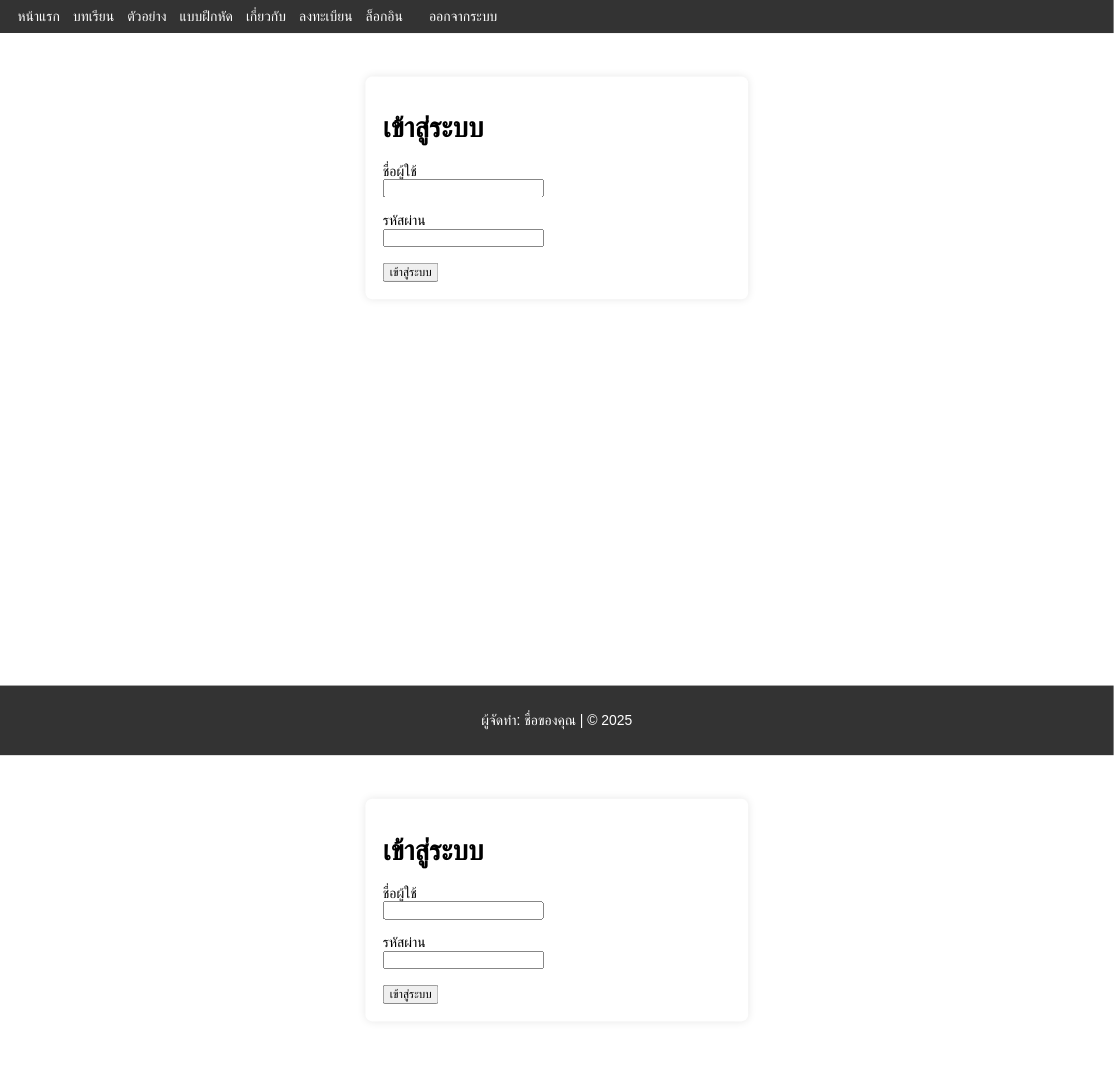
Repository: staggil/thesis
Page: login.html
These files come from the project's save history. The page is drawn as it stood at one moment and after the next save; the edit follows.
The browser window is 1280 px wide. The pictures show the whole page, at 87% of full size.
The page's requests for data from a server got no answer.

Above is the page before, as saved 2025-12-09 04:45:50.

### login.html
<!DOCTYPE html>
<html lang="th">
<head>
    <meta charset="UTF-8">
    <meta name="viewport" content="width=device-width, initial-scale=1.0">
    <title>Login - เว็บไซต์สอนเขียนโปรแกรม</title>
    <link rel="stylesheet" href="style.css">
    <script src="script.js" defer></script>
</head>
<body data-sidebar="components/empty.html" class="login-page">

    <!-- Header -->
    <div id="header-placeholder"></div>

    <!-- Sidebar -->
    <div id="sidebar-placeholder"></div>

    <!-- Content -->
    <main id="main-content">
        <h1>เข้าสู่ระบบ</h1>
        <form id="login-form">
            <label for="username">ชื่อผู้ใช้</label><br>
            <input type="text" id="username" name="username" required><br><br>

            <label for="password">รหัสผ่าน</label><br>
            <input type="password" id="password" name="password" required><br><br>

            <button type="submit">เข้าสู่ระบบ</button>
        </form>
        <p id="login-error" style="color: red; display: none;"></p>
    </main>

    <!-- Footer -->
    <div id="footer-placeholder"></div>

    <script>
    document.getElementById("login-form").addEventListener("submit", async (e) => {
        e.preventDefault();

        const username = document.getElementById("username").value.trim();
        const password = document.getElementById("password").value;

        if (!username || !password) {
            const err = document.getElementById("login-error");
            err.style.display = "block";
            err.textContent = "กรุณากรอกชื่อผู้ใช้และรหัสผ่าน";
            return;
        }

        try {
            const res = await fetch("/login", {
                method: "POST",
                headers: { "Content-Type": "application/json" },
                body: JSON.stringify({ username, password })
            });

            const data = await res.json();

            const err = document.getElementById("login-error");
            if (data.success) {
                err.style.display = "none";
                alert(data.message);
                window.location.href = "/"; // redirect ไปหน้า index
            } else {
                err.style.display = "block";
                err.textContent = data.message;
            }
        } catch (error) {
            console.error("Error:", error);
            const err = document.getElementById("login-error");
            err.style.display = "block";
            err.textContent = "เกิดข้อผิดพลาดในการเชื่อมต่อเซิร์ฟเวอร์";
        }
    });
    </script>

</body>
</html>
<!DOCTYPE html>
<html lang="th">
<head>
    <meta charset="UTF-8">
    <meta name="viewport" content="width=device-width, initial-scale=1.0">
    <title>Login - เว็บไซต์สอนเขียนโปรแกรม</title>
    <link rel="stylesheet" href="style.css">
    <script src="script.js" defer></script>
</head>
<body data-sidebar="components/empty.html" class="login-page">

    <!-- Header -->
    <div id="header-placeholder"></div>

    <!-- Sidebar -->
    <div id="sidebar-placeholder"></div>

    <!-- Content -->
    <main id="main-content">
        <h1>เข้าสู่ระบบ</h1>
        <form id="login-form">
            <label for="username">ชื่อผู้ใช้</label><br>
            <input type="text" id="username" name="username" required><br><br>

            <label for="password">รหัสผ่าน</label><br>
            <input type="password" id="password" name="password" required><br><br>

            <button type="submit">เข้าสู่ระบบ</button>
        </form>
        <p id="login-error" style="color: red; display: none;"></p>
    </main>

    <!-- Footer -->
    <div id="footer-placeholder"></div>

    <script>
    document.getElementById("login-form").addEventListener("submit", async (e) => {
        e.preventDefault();
        const username = document.getElementById("username").value;
        const password = document.getElementById("password").value;

        try {
            const res = await fetch("http://localhost:3000/login", {
                method: "POST",
                headers: { "Content-Type": "application/json" },
                body: JSON.stringify({ username, password })
            });

            const data = await res.json();

            if(data.success){
                alert(data.message);
                // redirect ไปหน้าหลักหรือหน้าอื่น
                window.location.href = "index.html";
            } else {
                const err = document.getElementById("login-error");
                err.style.display = "block";
                err.textContent = data.message;
            }

        } catch (error) {
            console.error("Error:", error);
        }
    });
    </script>

</body>
</html>

### style.css
/* =========================
   Reset & Body
   ========================= */
body {
    margin: 0;
    font-family: Arial, sans-serif;
    box-sizing: border-box;
}

/* =========================
   Header
   ========================= */
header {
    background-color: #333;
    color: white;
    padding: 10px 20px;
}

.navbar ul {
    list-style: none;
    display: flex;
    gap: 15px;
    padding: 0;
    margin: 0;
}

.navbar ul li a {
    color: white;
    text-decoration: none;
}

/* =========================
   Sidebar
   ========================= */
#sidebar {
    width: 200px;               /* กำหนดความกว้าง */
    background-color: #f4f4f4;  /* สีพื้นหลัง */
    padding: 15px;              /* ระยะขอบภายใน */
    float: left;                /* ลอยซ้าย */
    height: 100vh;              /* ความสูงเต็มหน้าจอ */
    overflow-y: auto;           /* scroll ถ้ายาวเกิน */
}

#sidebar ul {
    list-style: none;
    padding: 0;
}

#sidebar ul li {
    margin-bottom: 10px;
}

#sidebar ul li a {
    text-decoration: none;
    color: #333;
    display: block;
    padding: 8px;
    border-radius: 4px;
    transition: background 0.3s;
}

#sidebar ul li a:hover {
    background-color: #ddd;
}

/* =========================
   Main Content
   ========================= */
#main-content {
    padding: 20px;          /* ระยะขอบภายใน */
    margin-left: 300px;     /* เว้นระยะจาก sidebar (sidebar width + 20px) */
    max-width: 700px;
}

/* กรณีหน้า index.html ไม่มี sidebar */
body.index #main-content {
    margin-left: 0;
    max-width: 700px;        /* กว้างเท่ากับหน้าที่มี sidebar */
    margin: 0 auto;          /* จัด content กลางหน้า */
}

/* =========================
   Footer
   ========================= */
footer {
    clear: both;
    background-color: #333;
    color: white;
    text-align: center;
    padding: 15px;
    position: relative;
}

/* =========================
   Responsive (มือถือ)
   ========================= */
@media screen and (max-width: 768px) {
    #sidebar {
        width: 100%;
        height: auto;
        float: none;
    }
    #main-content {
        margin-left: 0;
        padding: 15px;
    }

    .navbar ul {
        flex-direction: column;
        gap: 5px;
    }
}

/* =========================
   Empty sidebar
   ========================= */
#sidebar.empty-sidebar {
    background-color: #fff;   /* สีเดียวกับ container */
           /* คง padding เดิมถ้าอยากให้ layoutเหมือนหน้าที่มี sidebar */
    /* อย่าแก้ width หรือ float */
}

/* หน้า login ให้ layout อยู่กลางและสวยขึ้น */
body.login-page #main-content {
    max-width: 400px;       /* กว้างแค่พอ form */
    margin: 50px auto;      /* จัดกลางแนวนอนและเว้นบน */
    padding: 20px;
    background-color: #fff; /* เหมือน container */
    border-radius: 8px;
    box-shadow: 0 0 10px rgba(0,0,0,0.1);
}



/* หน้า register ให้ layout อยู่กลางเหมือน login */
body.register-page #main-content {
    max-width: 400px;          /* กว้างพอ form */
    margin: 50px auto;         /* จัดกลางหน้า */
    padding: 20px;
    background-color: #fff;    /* เหมือน container */
    border-radius: 8px;
    box-shadow: 0 0 10px rgba(0,0,0,0.1);
}

### script.js
function loadComponent(filePath, elementId) {
    if (!filePath) return;
    const el = document.getElementById(elementId);
    if (!el) {
        console.error(`ไม่พบ element id="${elementId}"`);
        return;
    }
    fetch(filePath)
        .then(response => {
            if (!response.ok) throw new Error("ไม่พบไฟล์ " + filePath);
            return response.text();
        })
        .then(data => {
            el.innerHTML = data;

            // หลังโหลด header ให้ตรวจสอบ session
            if (elementId === "header-placeholder") {
                updateHeaderLoginStatus();
            }
        })
        .catch(error => console.error(error));
}

// ฟังก์ชันตรวจสอบ login
function updateHeaderLoginStatus() {
    fetch("/me")
        .then(res => res.json())
        .then(user => {
            if (user.username) {
                // login แล้ว
                document.querySelectorAll(".login-only").forEach(el => el.style.display = "none");
                document.querySelectorAll(".user-only").forEach(el => el.style.display = "block");
                document.getElementById("username-display").textContent = user.fullname;

                // เพิ่ม listener logout
                const logoutLink = document.getElementById("logout-link");
                if (logoutLink) {
                    logoutLink.addEventListener("click", async (e) => {
                        e.preventDefault();
                        await fetch("/logout", { method: "POST" });
                        updateHeaderLoginStatus(); // รีเฟรชเมนู
                        window.location.href = "/login.html";
                    });
                }

            } else {
                // ยังไม่ได้ login
                document.querySelectorAll(".login-only").forEach(el => el.style.display = "block");
                document.querySelectorAll(".user-only").forEach(el => el.style.display = "none");
            }
        })
        .catch(err => console.error(err));
}

document.addEventListener("DOMContentLoaded", function() {
    loadComponent("/components/header.html", "header-placeholder");
    loadComponent("/components/footer.html", "footer-placeholder");

    const sidebarFile = document.body.getAttribute("data-sidebar");
    loadComponent(sidebarFile, "sidebar-placeholder");

    // ตรวจสอบ exercise links หลังจากโหลด header เสร็จ
    const checkExerciseLinks = () => {
        const exerciseLinks = document.querySelectorAll("a[href^='/exercises/']");
        exerciseLinks.forEach(link => {
            link.addEventListener("click", async (e) => {
                e.preventDefault();
                const res = await fetch("/me");
                const user = await res.json();
                if (!user.username) {
                    const goLogin = confirm("คุณต้อง login ก่อนเข้าแบบฝึกหัด\nไปหน้า Login ตอนนี้หรือไม่?");
                    if (goLogin) window.location.href = "/login.html";
                } else {
                    window.location.href = link.href;
                }
            });
        });
    };

    // รอ header โหลดเสร็จแล้วค่อย bind
    const headerInterval = setInterval(() => {
        if (document.getElementById("header-placeholder").children.length > 0) {
            clearInterval(headerInterval);
            checkExerciseLinks();
        }
    }, 50);
});

### components/header.html
<header>
   <nav class="navbar">
        <ul id="nav-items">
            <li><a href="/index.html">หน้าแรก</a></li>
            <li><a href="/lessons/intro.html">บทเรียน</a></li>
            <li><a href="/examples/draw-rect.html">ตัวอย่าง</a></li>
            <li><a href="/exercises/exercise1.html">แบบฝึกหัด</a></li>
            <li><a href="/about/about.html">เกี่ยวกับ</a></li>
            <li class="login-only"><a href="/register.html">ลงทะเบียน</a></li>
            <li class="login-only"><a href="/login.html">ล็อกอิน</a></li>
            <li class="user-only"><span id="username-display"></span></li>
            <li class="user-only"><a href="#" id="logout-link">ออกจากระบบ</a></li>
        </ul>
    </nav>
</header>

### components/footer.html
<footer>
    <p>ผู้จัดทำ: ชื่อของคุณ | © 2025</p>
</footer>

### components/empty.html
<aside id="sidebar" class="empty-sidebar">
    <ul>

    </ul>
</aside>

After the next save:
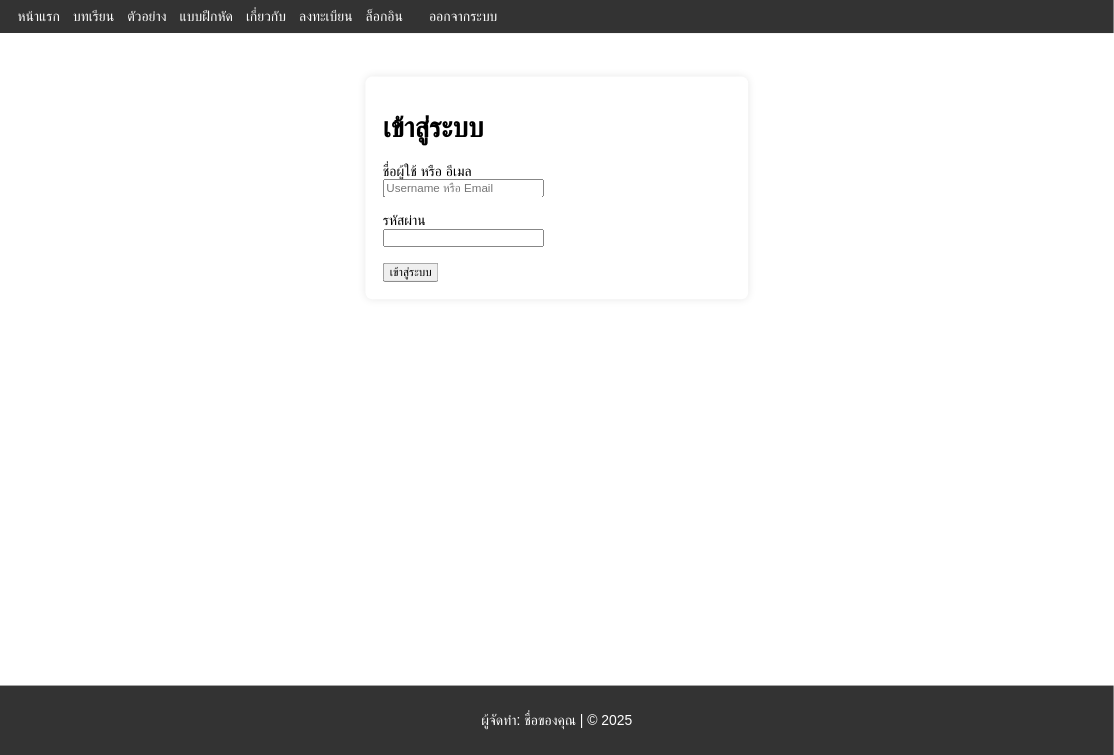
Saved 59 s later.
--- a/login.html
+++ b/login.html
@@ -19,8 +19,9 @@
     <main id="main-content">
         <h1>เข้าสู่ระบบ</h1>
         <form id="login-form">
-            <label for="username">ชื่อผู้ใช้</label><br>
-            <input type="text" id="username" name="username" required><br><br>
+            <label for="username">ชื่อผู้ใช้ หรือ อีเมล</label><br>
+            <input type="text" id="username" name="username" placeholder="Username หรือ Email" required><br><br>
+
 
             <label for="password">รหัสผ่าน</label><br>
             <input type="password" id="password" name="password" required><br><br>
@@ -76,71 +77,3 @@
 
 </body>
 </html>
-<!DOCTYPE html>
-<html lang="th">
-<head>
-    <meta charset="UTF-8">
-    <meta name="viewport" content="width=device-width, initial-scale=1.0">
-    <title>Login - เว็บไซต์สอนเขียนโปรแกรม</title>
-    <link rel="stylesheet" href="style.css">
-    <script src="script.js" defer></script>
-</head>
-<body data-sidebar="components/empty.html" class="login-page">
-
-    <!-- Header -->
-    <div id="header-placeholder"></div>
-
-    <!-- Sidebar -->
-    <div id="sidebar-placeholder"></div>
-
-    <!-- Content -->
-    <main id="main-content">
-        <h1>เข้าสู่ระบบ</h1>
-        <form id="login-form">
-            <label for="username">ชื่อผู้ใช้</label><br>
-            <input type="text" id="username" name="username" required><br><br>
-
-            <label for="password">รหัสผ่าน</label><br>
-            <input type="password" id="password" name="password" required><br><br>
-
-            <button type="submit">เข้าสู่ระบบ</button>
-        </form>
-        <p id="login-error" style="color: red; display: none;"></p>
-    </main>
-
-    <!-- Footer -->
-    <div id="footer-placeholder"></div>
-
-    <script>
-    document.getElementById("login-form").addEventListener("submit", async (e) => {
-        e.preventDefault();
-        const username = document.getElementById("username").value;
-        const password = document.getElementById("password").value;
-
-        try {
-            const res = await fetch("http://localhost:3000/login", {
-                method: "POST",
-                headers: { "Content-Type": "application/json" },
-                body: JSON.stringify({ username, password })
-            });
-
-            const data = await res.json();
-
-            if(data.success){
-                alert(data.message);
-                // redirect ไปหน้าหลักหรือหน้าอื่น
-                window.location.href = "index.html";
-            } else {
-                const err = document.getElementById("login-error");
-                err.style.display = "block";
-                err.textContent = data.message;
-            }
-
-        } catch (error) {
-            console.error("Error:", error);
-        }
-    });
-    </script>
-
-</body>
-</html>
